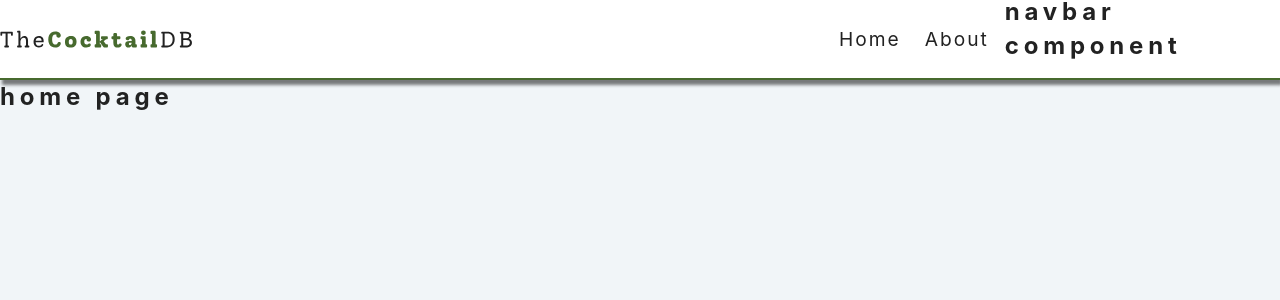
Repository: bodescuanamariia/cocktails
Page: /
An editor plug-in stored every save of this project. The page is shown before and after the next save, followed by the edit.
The browser window is 1280 px wide. The pictures show the whole page.
The project was rebuilt for these pictures with package versions that can differ from the ones it lists, and the page was loaded fresh each time. Also part of the build but not shown: src/components/Cocktail.js, src/components/Loading.js, src/components/CocktailList.js, src/components/SearchForm.js, src/pages/About.js, src/pages/SingleCocktail.js, src/pages/Error.js.

Above is the page before, as saved 2022-05-05 16:49:05.

After the next save:
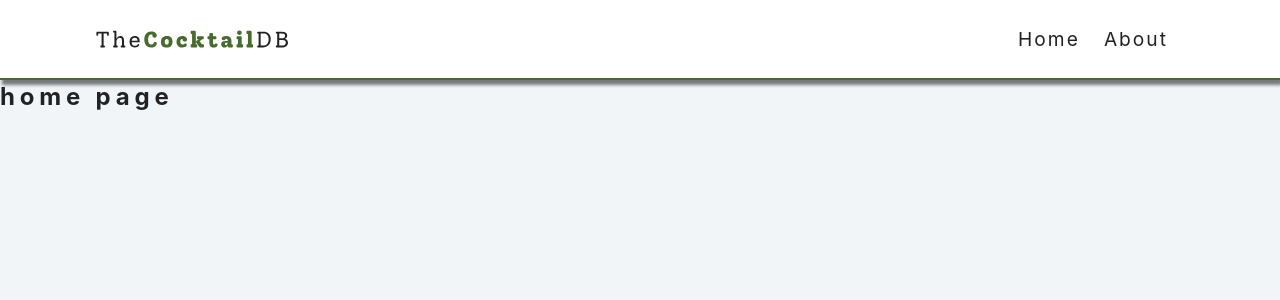
Saved 33 s later.
--- a/src/components/Navbar.js
+++ b/src/components/Navbar.js
@@ -18,7 +18,6 @@ const Navbar = () => {
           </li>
         </ul>
       </div>
-      <h2>navbar component</h2>
     </nav>
   );
 };
